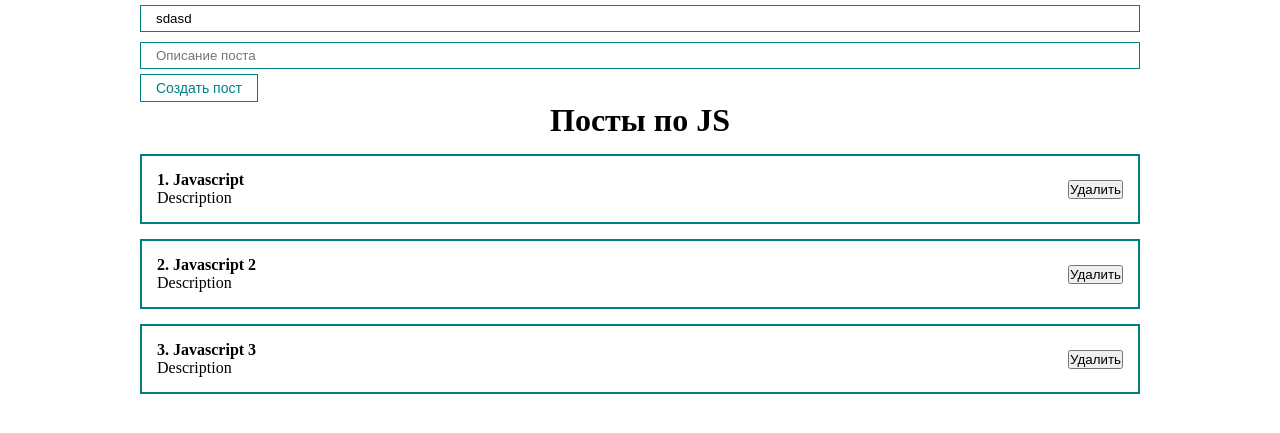
Repository: otvertka/ulb
Page: /
These files come from the project's save history. The page is drawn as it stood at one moment and after the next save; the edit follows.
The browser window is 1280 px wide. The pictures show the whole page.
The project was rebuilt for these pictures with package versions that can differ from the ones it lists, and the page was loaded fresh each time. Also part of the build but not shown: src/components/Counter.jsx, src/components/ClassCounter.jsx.

Above is the page before, as saved 2023-06-11 11:02:22.

After the next save:
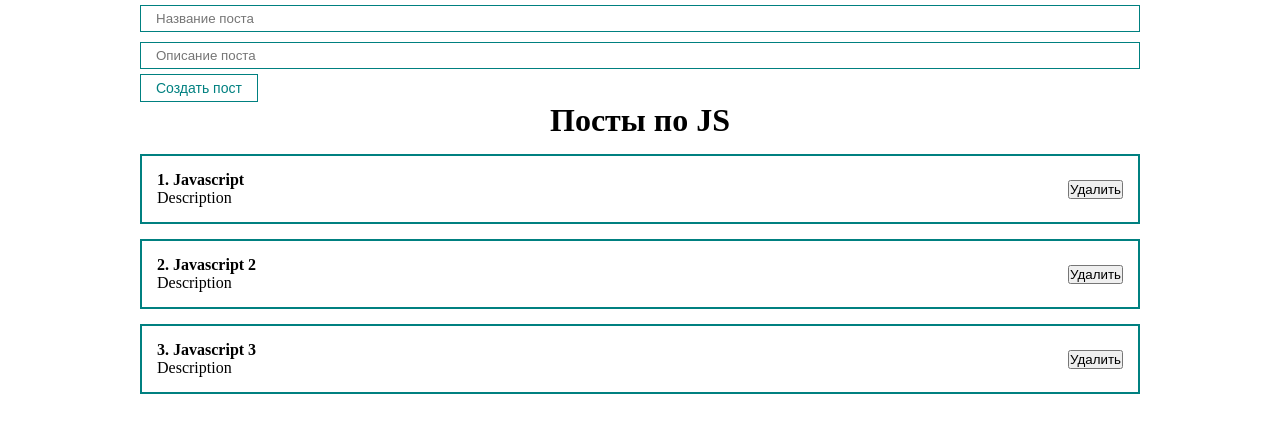
Saved 45 s later.
--- a/src/App.js
+++ b/src/App.js
@@ -14,7 +14,7 @@ function App() {
     { id: 3, title: "Javascript 3", body: "Description" },
   ]);
 
-  const [title, setTitle] = useState("sdasd");
+  const [title, setTitle] = useState("");
   const addNewPost = (e) => {
     e.preventDefault();
     console.log(title);
